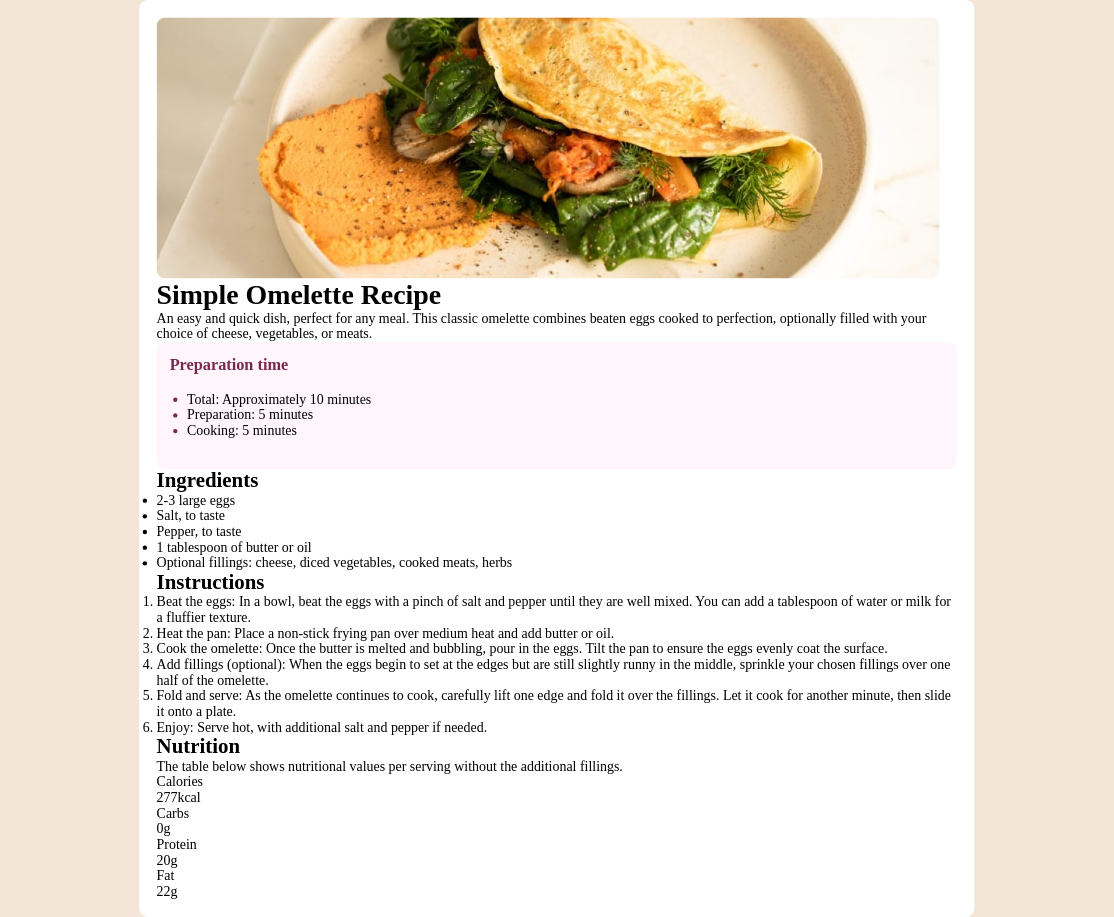
Repository: reemoon-ctrl/mine-recipe-page-main
Page: index1.html
The author's editor kept a copy of each file at every save. The page is drawn from the files as they stood at one save, then again after the next save.
The browser window is 1280 px wide. The pictures show the whole page, at 87% of full size.

Above is the page before, as saved 2024-08-11 14:37:15.

After the next save:
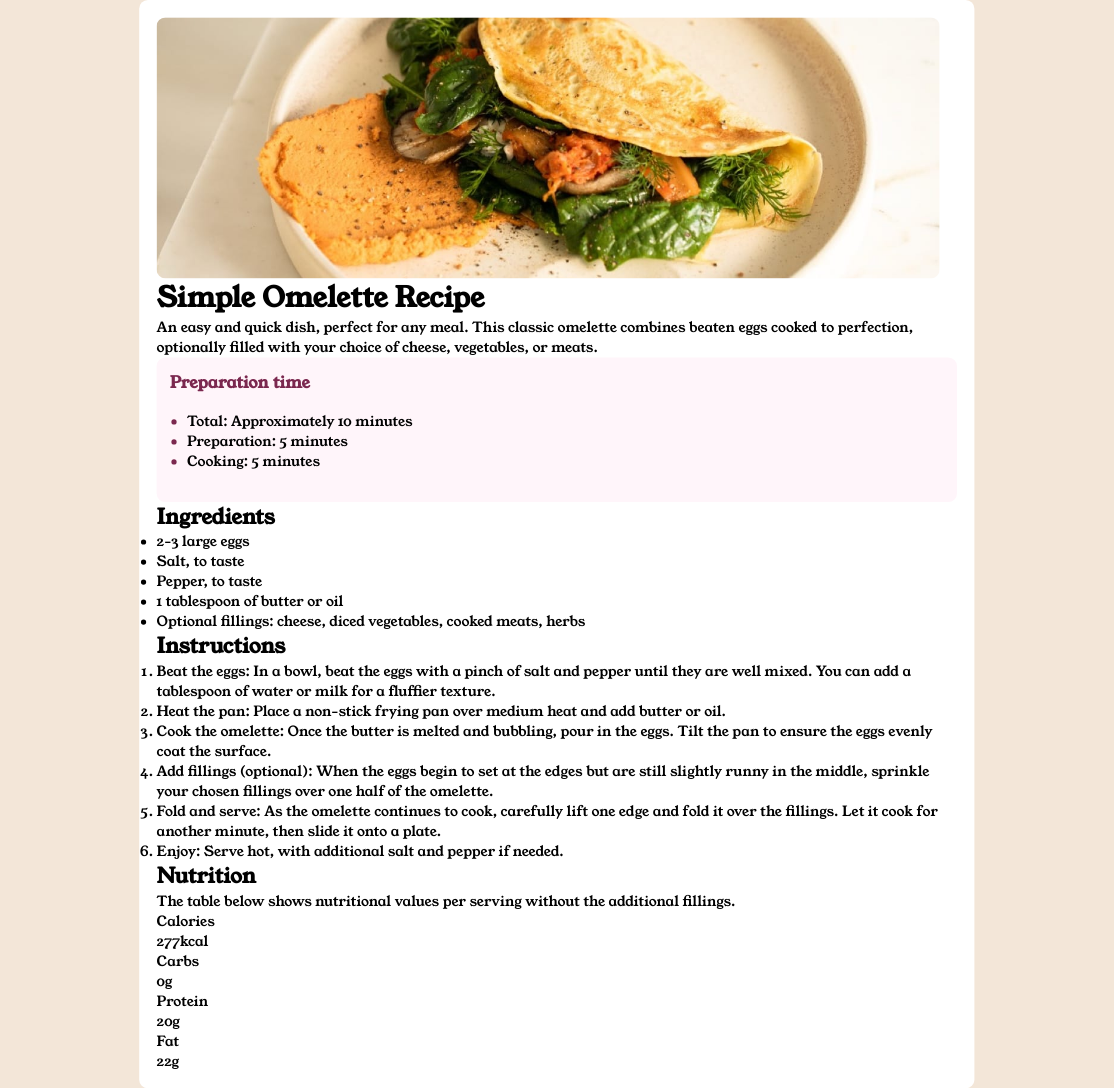
Saved 54 s later.
--- a/style.css
+++ b/style.css
@@ -5,6 +5,9 @@
 }
 body{
     background: hsl(30, 54%, 90%);
+    font-family: "Young Serif", serif;
+    font-weight: 400;
+    font-style: normal;
 }
 .rec-img{
 
